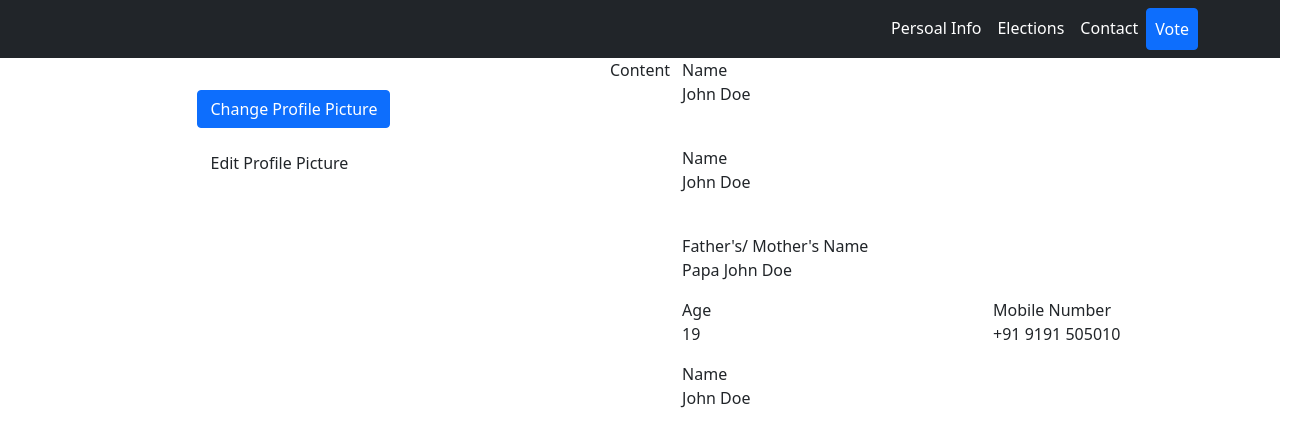
Repository: DavidManiIbrahim/Voting-app
Page: profile.html
These files come from the project's save history. The page is drawn as it stood at one moment and after the next save; the edit follows.
The browser window is 1280 px wide. The page is 1292 px wide, so the pictures cover 1292 px, including what lies to the right of the window. The pictures show the whole page.

Above is the page before, as saved 2025-01-20 05:04:31.

After the next save:
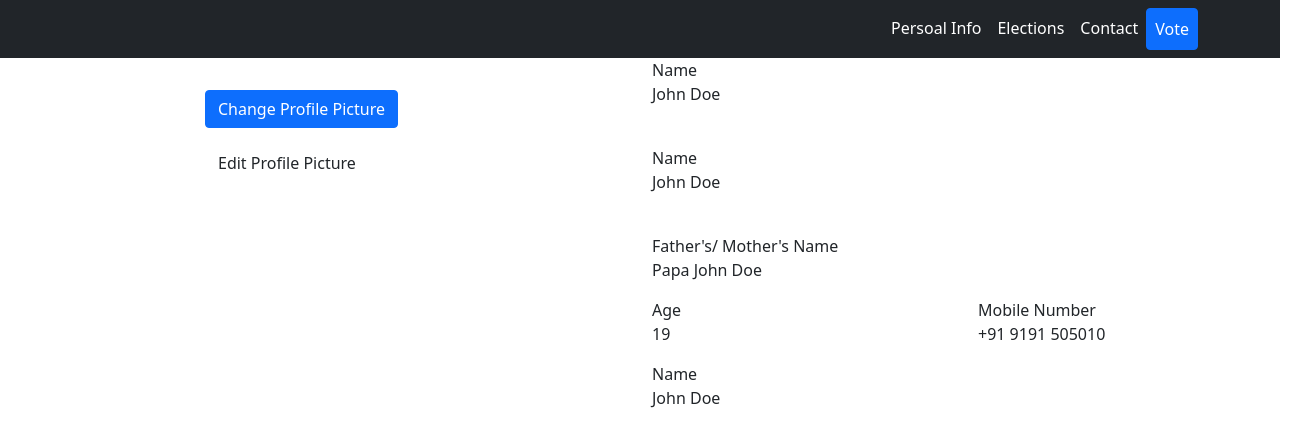
Saved 2 s later.
--- a/profile.html
+++ b/profile.html
@@ -47,7 +47,7 @@
         </div>
     </div>
 
-    Content
+    <!-- Content -->
 
     <div class="col-md">
         <div class="content list-unstyled">
